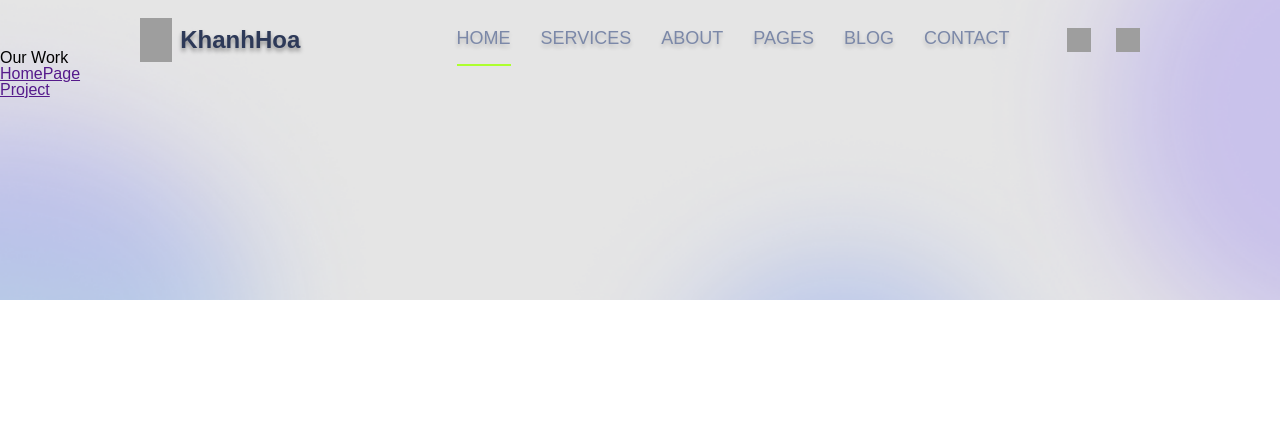
Repository: 0584386177/Clone
Page: src/pr.html
The author's editor kept a copy of each file at every save. The page is drawn from the files as they stood at one save, then again after a run of saves.
The browser window is 1280 px wide. The pictures show the whole page.
Pictures or frames that could not be fetched are drawn as grey boxes. The style sheet was rebuilt from its Sass, Less or Tailwind sources for each picture, by a compiler version that may differ from the author's.

Above is the page before, as saved 2023-09-27 15:36:20.

### src/pr.html
<!DOCTYPE html>
<html lang="en">
  <head>
    <meta charset="UTF-8" />
    <meta name="viewport" content="width=device-width, initial-scale=1.0" />
    <link rel="stylesheet" href="/src/sass/pr.css" />
    <title>Document</title>
  </head>
  <body>
    <div class="container">
      <!-- HEADER -->
      <div class="header">
        <nav>
          <div class="header--top">
            <div class="header--top_logo">
              <img
                class="logo--image"
                src="/assets/images/Frame (1).png"
                alt="logo"
              />
              <h5 class="logo--title">KhanhHoa</h5>
            </div>
            <div class="header--top_menu">
              <ul class="menu--items">
                <li class="menu--item item1 active"><a href="#">HOME</a></li>
                <li class="menu--item item2"><a href="#">SERVICES</a></li>
                <li class="menu--item item3"><a href="#">ABOUT</a></li>
                <li class="menu--item item4"><a href="#">PAGES</a></li>
                <li class="menu--item item5"><a href="#">BLOG</a></li>
                <li class="menu--item item6"><a href="#">CONTACT</a></li>
              </ul>
            </div>
            <div class="header--top_features">
              <img
                class="feature--search"
                src="/assets/images/Search.png"
                alt=""
              />
              <img class="feature--cart" src="/assets/images/Bag 2.png" alt="" />
            </div>
          </div>
        </nav>


        <div class="header--footer">
          <div class="header--footer_top">
            <h1>Our Work</h1>
          </div>
          <div class="header--footer_bottom">
            <ul>
              <li><a href="">HomePage</a></li>
              <li><a href="">Project</a></li>
            </ul>
          </div>
        </div>
      </div>
    </div>
  </body>
</html>

### src/sass/pr.scss
@import "reset";
@import "header";

### src/sass/reset.scss
*,
*:before,
*:after {
  box-sizing: border-box;

}
* {
  margin: 0;
  padding: 0;
  font: inherit;
  font-family: sans-serif;
}
img,
picture,
svg,
video {
  display: block;
  max-width: 100%;
}
input,
select,
textarea {
  background-color: transparent;
  outline: none;
}
button {
  cursor: pointer;
  background-color: transparent;
  outline: none;
  border: 0;
}
body {
  min-height: 100vh;
  font-weight: 400;
  font-size: 16px;
  line-height: 1;
}
.container{
  max-width: 1920px;
  margin: 0 auto;
}

### src/sass/header.scss
$primary--color: #2D3958;
$secondary--color: #7B88A8;
  .header{
    width: 100%;
    max-width: 100%;
    min-height: 300px;
    background-image: url(/assets/images/bkg.png);
    background-repeat: no-repeat;
    background-size: cover;
    position: relative;

  }
  .header nav{
    height: 50px;
    margin: 0 auto;
    line-height: 50px;
  }

  .header--top{
    display: flex;
    justify-content: space-evenly;
    align-items: center;
    width: 100%;
    padding-top: 13px;
  }

.header--top_logo{
  width: 176px;
  height: 44px;
  display: flex;
  align-items: center;
  gap: 8px;

}

.logo--image{
  width: 32px;
  height: 44px;
  object-fit: cover;
  flex-shrink: 0;
}

.logo--title{
  color: $primary--color;
  font-size: 24px;
  font-weight: 600;
  text-shadow: 0 3px 4px rgba(0,0,0,0.4);
}
.header--top_menu{
  width: 470px;
}
.menu--items{
  display: flex;
  list-style-type: none;
  gap: 30px;
}
.menu--item{

}

.menu--item a{
  text-decoration: none;
  color: $secondary--color ;
  text-shadow: 0 3px 4px rgba(0,0,0,0.2);
  font-size: 18px;

}
.menu--item.active{
  border-bottom: 2px solid greenyellow;
}

.header--top_features{
  display: flex;
  gap: 25px;
  *{
    object-fit: cover;
    flex-shrink: 0;
    width: 24px;
    height: 24px;
  }
}

After the next 2 saves:
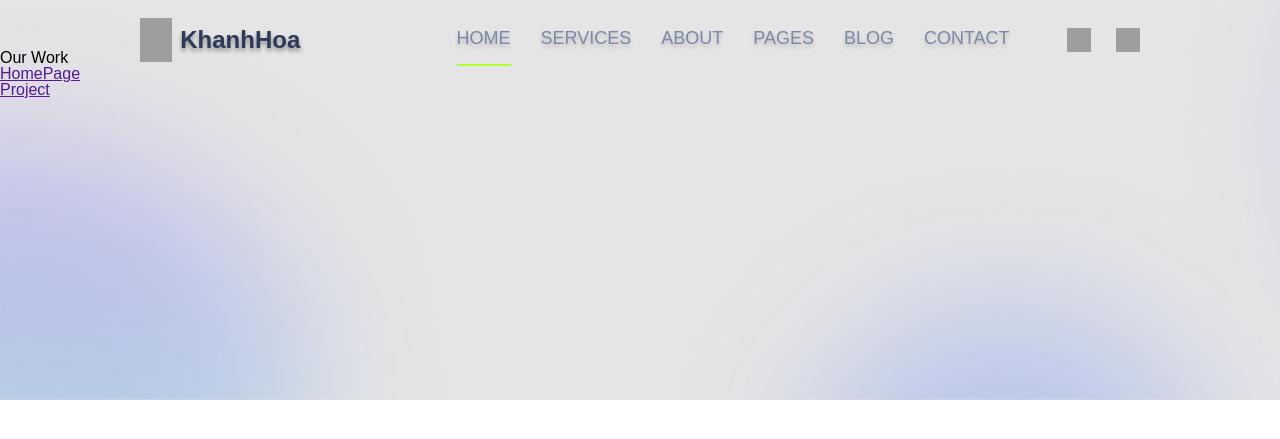
The 2 saves are shown as one change because they came seconds apart.
The last was saved 5 s later.
--- a/src/sass/header.scss
+++ b/src/sass/header.scss
@@ -3,7 +3,7 @@ $secondary--color: #7B88A8;
   .header{
     width: 100%;
     max-width: 100%;
-    min-height: 300px;
+    min-height: 400px;
     background-image: url(/assets/images/bkg.png);
     background-repeat: no-repeat;
     background-size: cover;
